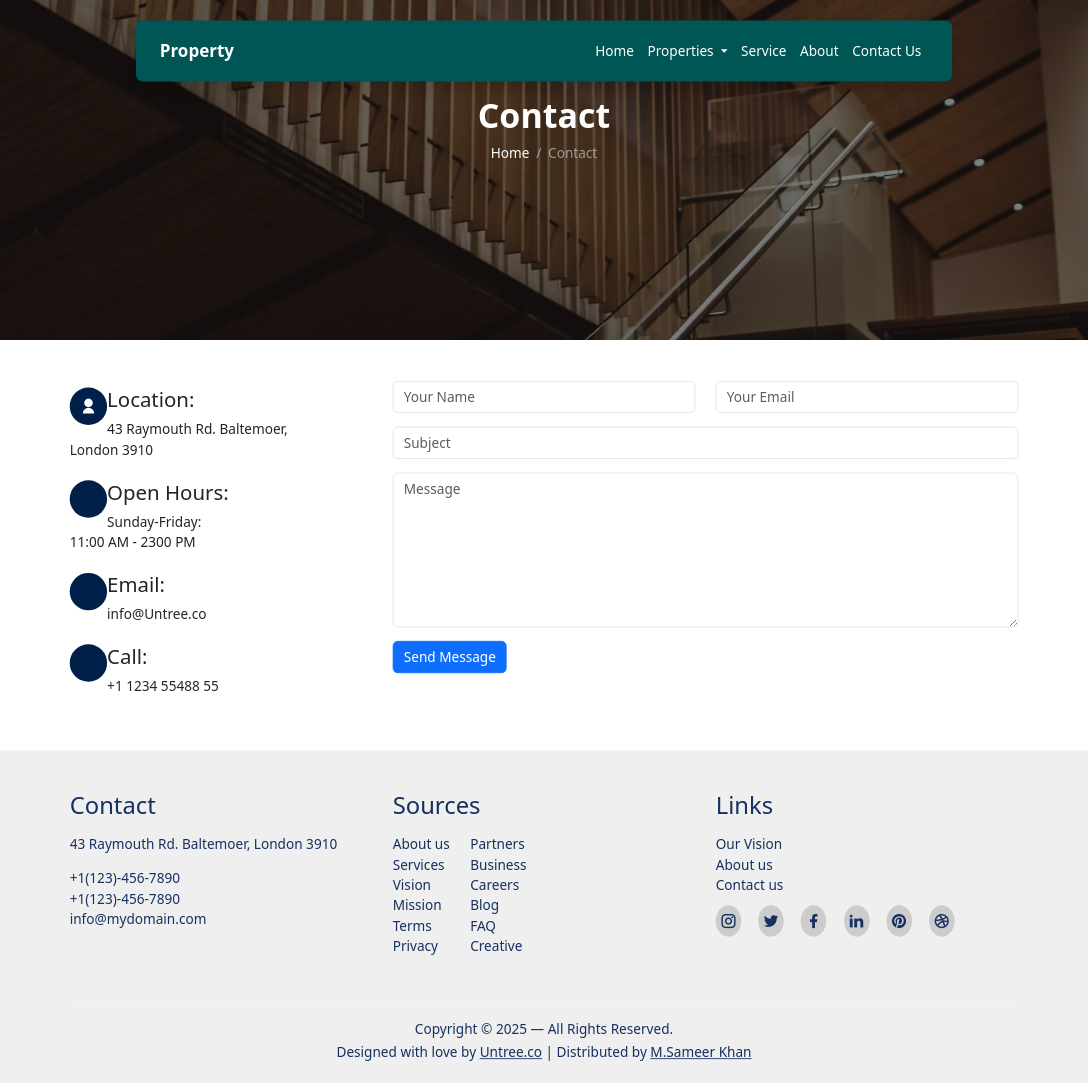
Repository: sameerrrrkhan911-git/Property
Page: contact.html
The author's editor kept a copy of each file at every save. The page is drawn from the files as they stood at one save, then again after the next save.
The browser window is 1280 px wide. The pictures show the whole page, at 85% of full size.
Some icons come from a web library that is not loaded, so they are not drawn. Some web libraries are served in a nearby version.

Above is the page before, as saved 2025-09-28 21:34:17.
Console error: TypeError: Cannot read properties of undefined (reading 'length')

After the next save:
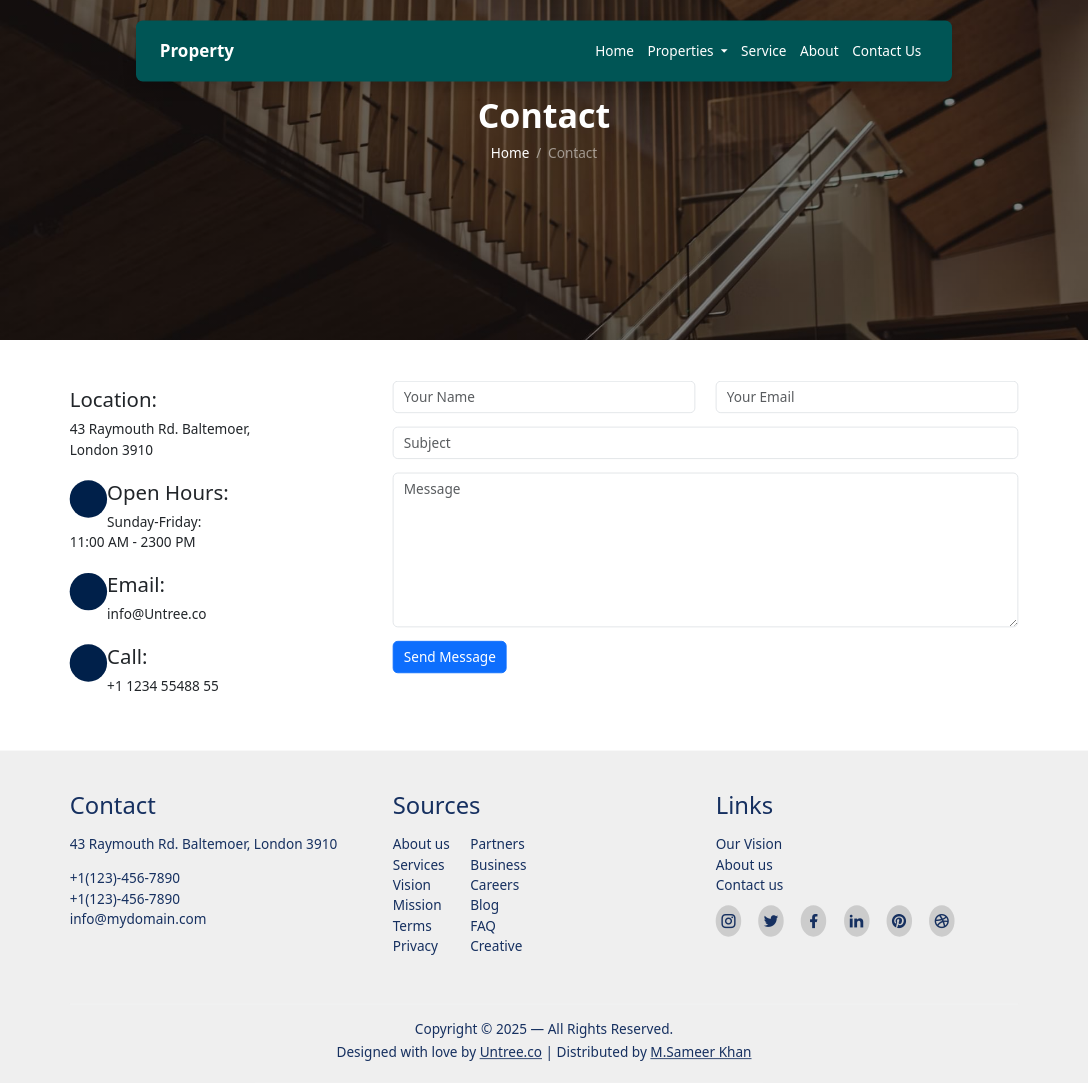
Saved 4 s later.
--- a/contact.html
+++ b/contact.html
@@ -101,9 +101,7 @@
           <div class="col-lg-4 mb-5 mb-lg-0 aos-init aos-animate" data-aos="fade-up" data-aos-delay="100">
             <div class="contact-info">
               <div class="address mt-2">
-<div>
-    <i class="ri-user-fill"></i>
-</div>
+
                 <div>
                     <h4 class="mb-2">Location:</h4>
                 <p>

After the save that followed:
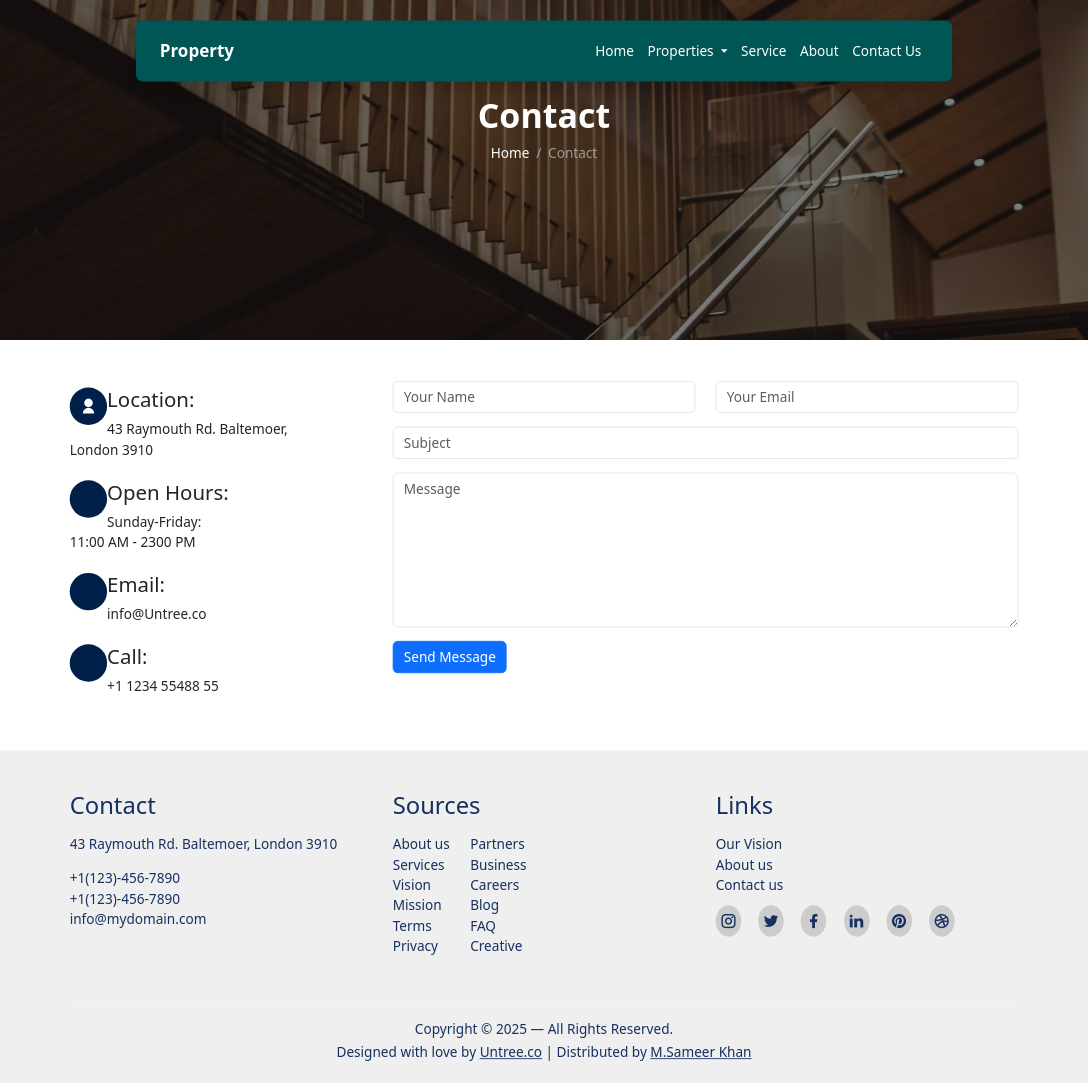
Saved 12 s later.
--- a/contact.html
+++ b/contact.html
@@ -101,6 +101,7 @@
           <div class="col-lg-4 mb-5 mb-lg-0 aos-init aos-animate" data-aos="fade-up" data-aos-delay="100">
             <div class="contact-info">
               <div class="address mt-2">
+                <i class="ri-user-fill"></i>
 
                 <div>
                     <h4 class="mb-2">Location:</h4>
